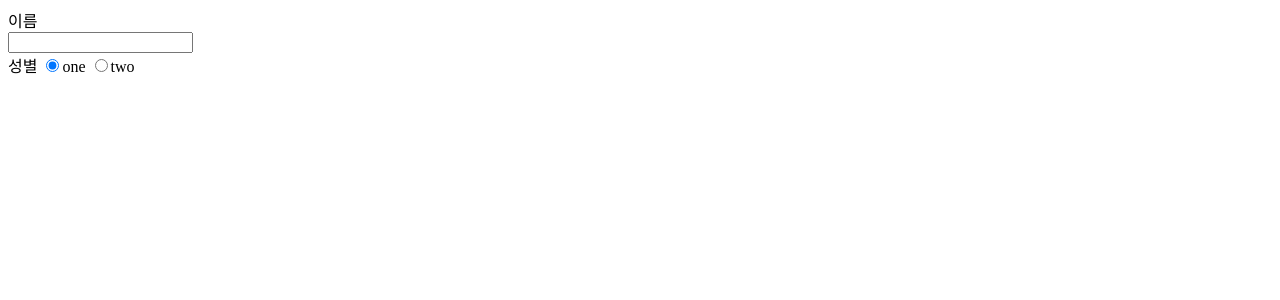
Repository: 5anniversary/JSPhw
Page: http://localhost/lecture1/test/mid4.jsp
An editor plug-in stored every save of this project. The page is shown before and after a run of saves, followed by the edit.
The browser window is 1280 px wide. The pictures show the whole page.
The page is served by Tomcat 9.

Above is the page before, as saved 2020-05-04 03:56:40.

After the next 2 saves:
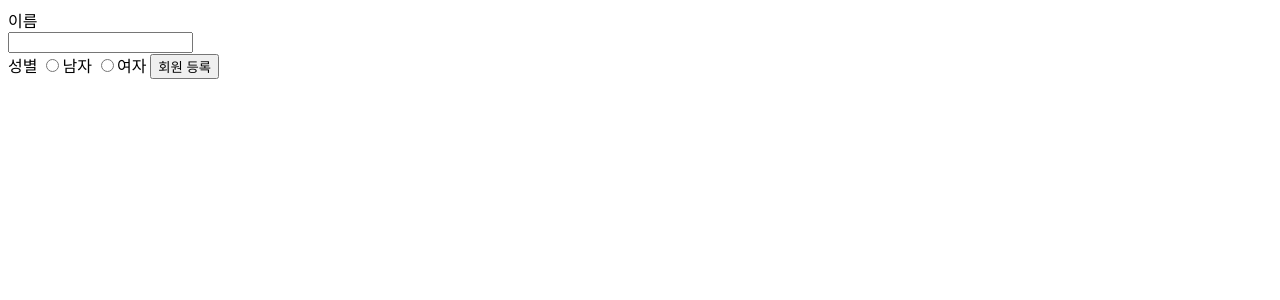
The 2 saves are shown as one change because they came seconds apart.
The last was saved 37 s later.
--- a/lecture1/WebContent/test/mid4.jsp
+++ b/lecture1/WebContent/test/mid4.jsp
@@ -19,8 +19,9 @@
 		<input type="text" name="number" value="" />
 		</div>
 		<label>성별</label>
-		<input type="radio" name="number" value="남자"  <% if(value=="one") {out.print("checked");} %>   >one
-		<input type="radio" name="number" value="여자"  <% if(value=="two") {out.print("checked");} %> >two
+		<input type="radio" name="number" value="남자" >남자
+		<input type="radio" name="number" value="여자" >여자
+		<button type="submit" name="cmd" value="ok">회원 등록</button>
 	</form>
 </body>
 </html>
